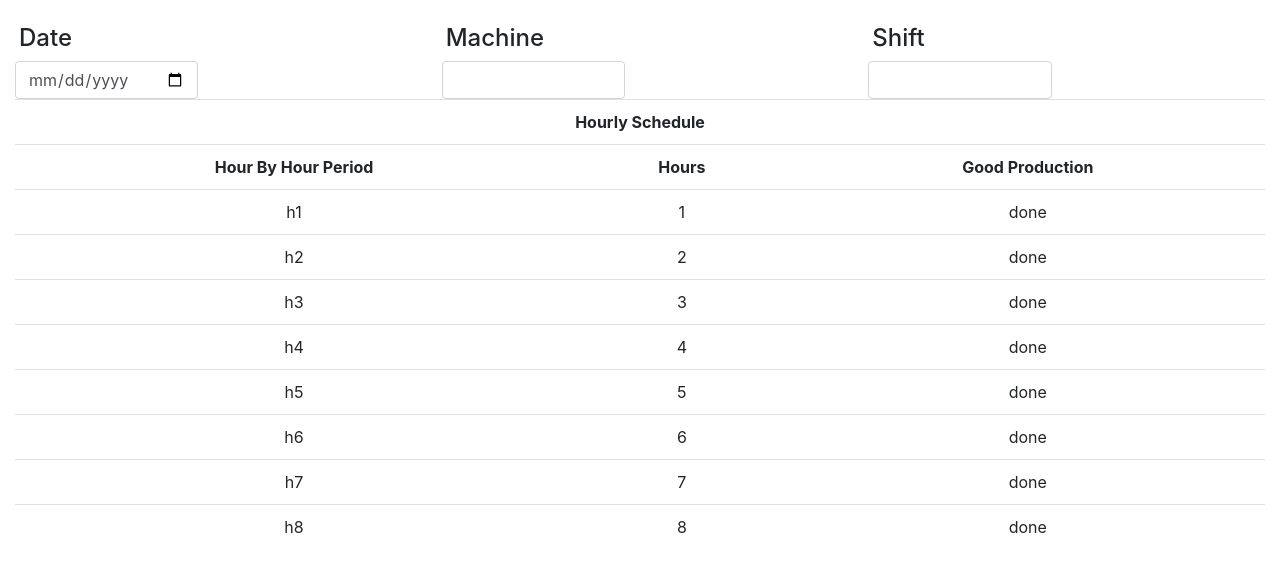
Repository: hisamit97/TVS-Locas
Page: index.html
The author's editor kept a copy of each file at every save. The page is drawn from the files as they stood at one save, then again after the next save.
The browser window is 1280 px wide. The pictures show the whole page.

Above is the page before, as saved 2020-11-30 18:37:06.

### index.html
<html>

<head>
    <title>TVS LoCas</title>
    <link rel="stylesheet" href="https://cdn.jsdelivr.net/npm/bootstrap@4.5.3/dist/css/bootstrap.min.css" integrity="sha384-TX8t27EcRE3e/ihU7zmQxVncDAy5uIKz4rEkgIXeMed4M0jlfIDPvg6uqKI2xXr2" crossorigin="anonymous">

<!-- jQuery and JS bundle w/ Popper.js -->
<script src="https://code.jquery.com/jquery-3.5.1.slim.min.js" integrity="sha384-DfXdz2htPH0lsSSs5nCTpuj/zy4C+OGpamoFVy38MVBnE+IbbVYUew+OrCXaRkfj" crossorigin="anonymous"></script>
<script src="https://cdn.jsdelivr.net/npm/bootstrap@4.5.3/dist/js/bootstrap.bundle.min.js" integrity="sha384-ho+j7jyWK8fNQe+A12Hb8AhRq26LrZ/JpcUGGOn+Y7RsweNrtN/tE3MoK7ZeZDyx" crossorigin="anonymous"></script>
</head>
<body>
    <div class="container-fluid">
        <div class="row">
            <div class="col-md-4"></div>
            <div class="col-md-4"></div>
            <div class="col-md-4"></div>
        </div>
        <br>
        <div class="row" >
            <div class="col-md-4">
                <div class="row">
                    <div class="col-md-6 ml-1"><h4>Date</h4></div>
                    <div class="col-md-6"><input type="date" class="form-control mr-3"></div>
                </div>
            </div>
            <div class="col-md-4">
                <div class="row">
                    <div class="col-md-6 ml-1"><h4>Machine</h4></div>
                    <div class="col-md-6"><input type="text" class="form-control"></div>
                </div>
            </div>
            <div class="col-md-4">
                <div class="row">
                    <div class="col-md-6 ml-1"><h4>Shift</h4></div>
                    <div class="col-md-6"><input type="text" class="form-control"></div>
                </div>
            </div>
        </div>
        <div class="row">
            <div class="col-md-12">
                <table class="table">
                   <tr style="text-align: center;">
                       <th colspan="3">Hourly Schedule</th>
                   </tr>
                   <tr style="text-align: center;">
                       <th>Hour By Hour Period</th>
                       <th>Hours</th>
                       <th>Good Production</th>
                    </tr>
                    <tr style="text-align: center;">
                        <td>h1</td>
                        <td>1</td>
                        <td>done</td>
                    </tr>
                    <tr style="text-align: center;">
                        <td>h2</td>
                        <td>2</td>
                        <td>done</td>
                    </tr>
                    <tr style="text-align: center;">
                        <td>h3</td>
                        <td>3</td>
                        <td>done</td>
                    </tr>
                    <tr style="text-align: center;">
                        <td>h4</td>
                        <td>4</td>
                        <td>done</td>
                    </tr>
                    <tr style="text-align: center;">
                        <td>h5</td>
                        <td>5</td>
                        <td>done</td>
                    </tr>
                    <tr style="text-align: center;">
                        <td>h6</td>
                        <td>6</td>
                        <td>done</td>
                    </tr>
                    <tr style="text-align: center;">
                        <td>h7</td>
                        <td>7</td>
                        <td>done</td>
                    </tr>
                    <tr style="text-align: center;">
                        <td>h8</td>
                        <td>8</td>
                        <td>done</td>
                    </tr>
                </table>
            </div>
        </div>
    </div>
</body>
</html>

After the next save:
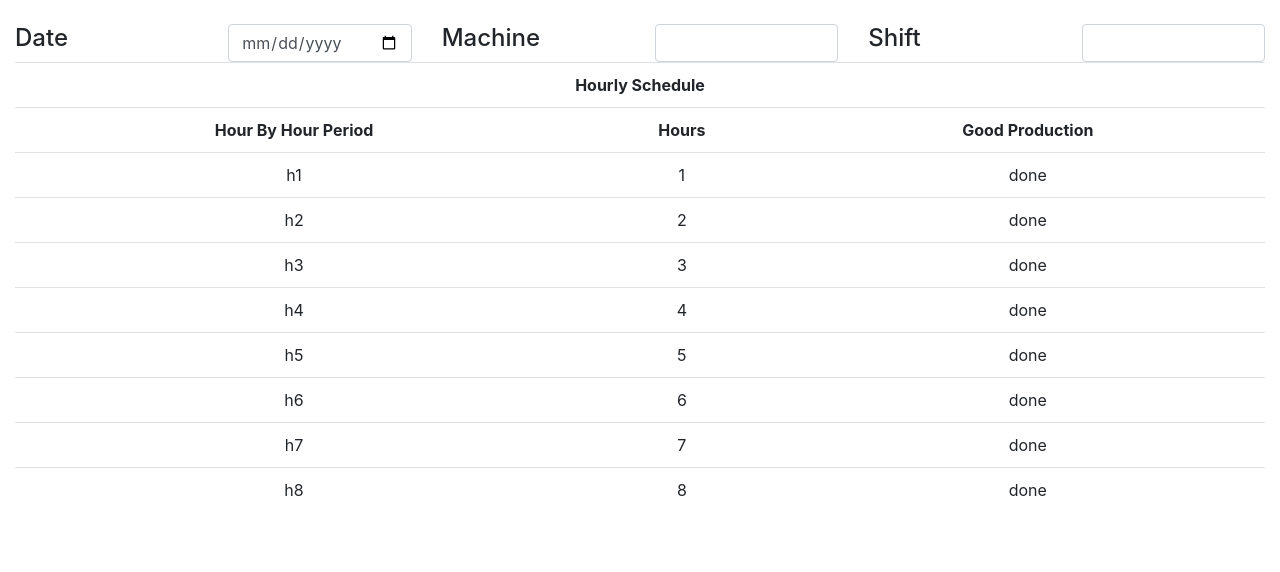
Saved 20 s later.
--- a/index.html
+++ b/index.html
@@ -19,19 +19,19 @@
         <div class="row" >
             <div class="col-md-4">
                 <div class="row">
-                    <div class="col-md-6 ml-1"><h4>Date</h4></div>
+                    <div class="col-md-6"><h4>Date</h4></div>
                     <div class="col-md-6"><input type="date" class="form-control mr-3"></div>
                 </div>
             </div>
             <div class="col-md-4">
                 <div class="row">
-                    <div class="col-md-6 ml-1"><h4>Machine</h4></div>
+                    <div class="col-md-6"><h4>Machine</h4></div>
                     <div class="col-md-6"><input type="text" class="form-control"></div>
                 </div>
             </div>
             <div class="col-md-4">
                 <div class="row">
-                    <div class="col-md-6 ml-1"><h4>Shift</h4></div>
+                    <div class="col-md-6"><h4>Shift</h4></div>
                     <div class="col-md-6"><input type="text" class="form-control"></div>
                 </div>
             </div>
